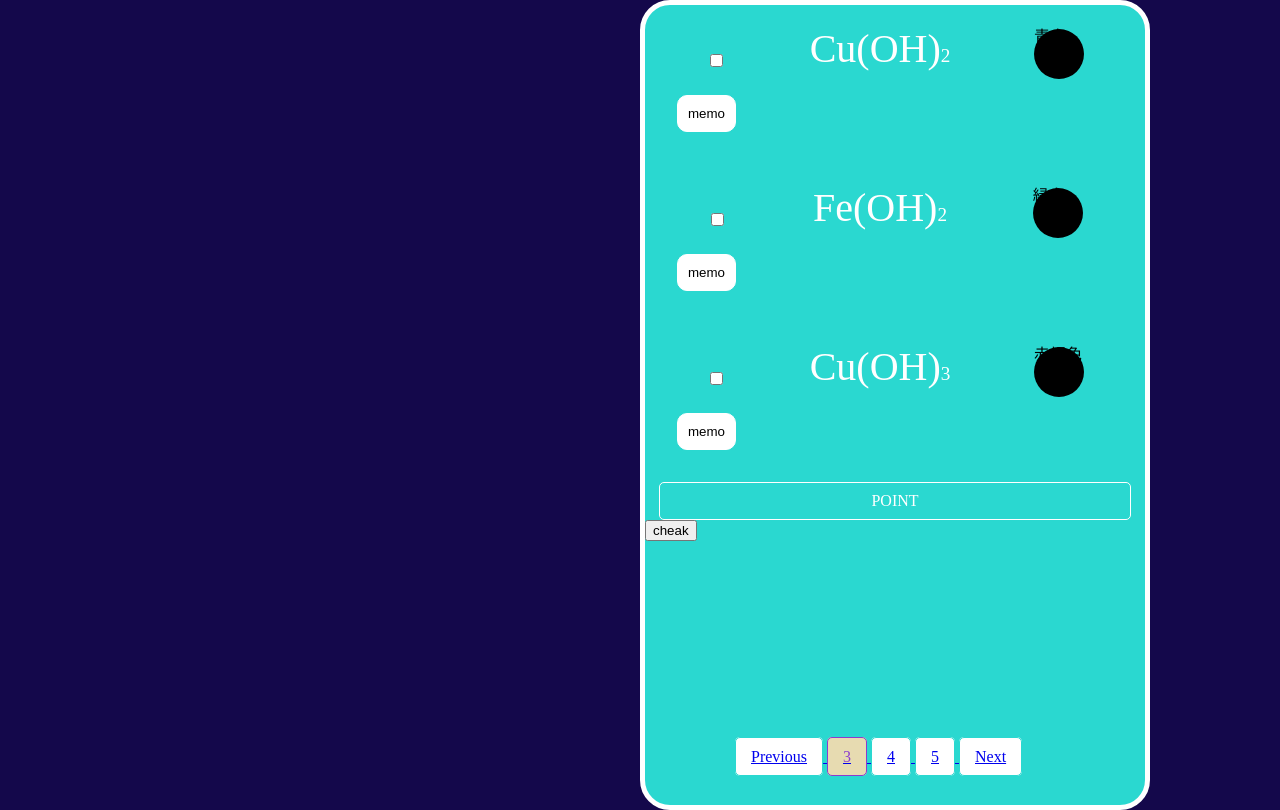
Repository: 1000sky/Inorganic_chemistry_application
Page: http://localhost/index3
An editor plug-in stored every save of this project. The page is shown before and after the next save, followed by the edit.
The browser window is 1280 px wide. The pictures show the whole page.
The page is served by the project's Laravel application, run on PHP 8.4 with Laravel 8. Other server files are loaded and not shown.

Above is the page before, as saved 2022-07-16 19:41:05.

### application/routes/web.php
<?php

use Illuminate\Support\Facades\Route;

/*
|--------------------------------------------------------------------------
| Web Routes
|--------------------------------------------------------------------------
|
| Here is where you can register web routes for your application. These
| routes are loaded by the RouteServiceProvider within a group which
| contains the "web" middleware group. Now create something great!
|
*/

Route::get('/home', function () {
    return view('welcome');
});

Route::get('/dashboard', function () {
    return view('dashboard');
})->middleware(['auth'])->name('dashboard');

require __DIR__.'/auth.php';



Route::get('/', function () {
    return view('index');
});

Route::get('/start', function () {
    return view('start');
})->middleware('auth');

Route::get('/explanation', function () {
    return view('explanation');
});

Route::get('/index2', function () {
    return view('index2');
});

Route::get('/index3', function () {
    return view('index3');
});

Route::get('/index4', function () {
    return view('index4');
});

Route::get('/index5', function () {
    return view('index5');
});

Route::get('/index6', function () {
    return view('index6');
});

Route::get('/index7', function () {
    return view('index7');
});

### application/resources/views/index3.blade.php
<!DOCTYPE html>
<html lang="ja">
<head>
    <meta charset="UTF-8">
    <meta name="viewport" content="width=device-width, initial-scale=1.0">
    <meta http-equiv="X-UA-Compatible" content="ie=edge">
    <title>Inorganic_chemistry_application</title>
    <link rel="stylesheet" href="css/reset.css" >
    <link rel="stylesheet" href="css/index.css" />
</head>
<body>
    <div class=card>

        <div class=memorize>
          <input type="checkbox" class=checkbox name="">
          <div class=Chemical-formula>Cu(OH)<span>2</span> </div>
          <div class=circle>青白</div>
        </div>
        <form>
          <input type="button" class=button name="" value="memo" onClick="setTF(this.form.text1,'visible')">
          <input type="text" name="text1" style="visibility:hidden"><br>
        </form>
        <br>
        <br>


        <div class=memorize>
          <input type="checkbox" class=checkbox name="">
          <div class=Chemical-formula>Fe(OH)<span>2</span> </div>
          <div class=circle>緑白</div>
        </div>
        <form>
          <input type="button" class=button name="" value="memo" onClick="setTF(this.form.text1,'visible')">
          <input type="text" name="text1" style="visibility:hidden"><br>
        </form>
        <br>
        <br>


        <div class=memorize>
            <input type="checkbox" class=checkbox name="">
            <div class=Chemical-formula>Cu(OH)<span>3</span> </div>
            <div class=circle>赤褐色</div>
        </div>
          <form>
            <input type="button" class=button name="" value="memo" onClick="setTF(this.form.text1,'visible')">
            <input type="text" name="text1" style="visibility:hidden"><br>
          </form>
          <br>
          <br>


        <div id="point">
            <p id="point-text">POINT</p>
        </div>

         <button id="cheak">cheak</button>



       <ul class="page">
          <li><a href="/index2">Previous</li>
          <li class="this">3</li>
          <li><a href="/index4">4</li>
          <li><a href="/index5">5</li>
          <li><a href="/index4">Next</li>
       </ul>




    </div>


    <script language="JavaScript">
        function setTF(fObj,vType)
        {
          fObj.style.visibility = vType;
        };

        document.getElementById("point").onclick = function() {
          document.getElementById("point-text").innerHTML = "硫酸の塩は本来,水に溶けやすいです。<br>アルカリ土類金属イオンやPb<span class=ion>2+</span>があると沈殿します。";

        };


        window.addEventListener('load', function(){
          document.getElementById("cheak").addEventListener('click', function(){
          alert("アルカリ土類金属　Ca Sr Ba Ra   周期表の2属に属します");
         });
        });
         </script>

</body>

### application/public/css/index.css
body {
    background-color: rgb(20, 8, 75);
}

.card {
  position: relative;
  top: 50%;
  left: 50%;
  width: 500px;
  height: 800px;

  background-color: rgb(42, 216, 208);
  border: solid 5px white;
  border-radius: 30px;
}
.checkbox{
    margin-top: 1rem;

}
.memorize{
  padding: 1.5rem 1.2rem 0;
  display: flex;
  justify-content: space-around;
}

.Chemical-formula {
    color: white;
    font-size: 2.5rem;
}

.circle{
  width: 50px;
  height: 50px;
  background: black;
  border-radius: 50%;

}
.circle:hover{
    background-color: white;

}

.button{

    margin: 1rem 0 0 2rem;
    border-radius: 10px;
    border: solid 1px white;
    background-color: white;
    padding: 10px;
}

span {
  font-size: 1.2rem;
}

.point {
   color: white;

  font-size: 2.5rem;
}



.page{

  position: absolute;
  left:18%;
  bottom: 5%;

}

.page li{
  display: inline;
  padding:10px 15px;
  border:solid 1px ;
  border-radius: 5px ;
  color: rgb(42, 216, 208);
  background-color: white;
  text-decoration: none;


}



.page li a:hover {
  background-color: rgb(255, 231, 51);
  text-decoration: none;
}



.page .this {
  background-color:rgb(231, 219, 177);
  color:rgb(140, 59, 206);
  text-decoration: none;
}

#point {

  margin: 0 auto;
  cursor: pointer;
  width: 450px;
  padding: 10px;

  text-align: center;
  border: 1px solid white;
  border-radius: 5px ;
}

#point-text {
  color: white;
}

.ion {
  font-size: 0.5rem;
  vertical-align: top;

}

.hg {
  font-size: 0.5rem;
}

Loaded but not shown: application/routes/auth.php (common file); application/public/css/reset.css (common file)

After the next save:
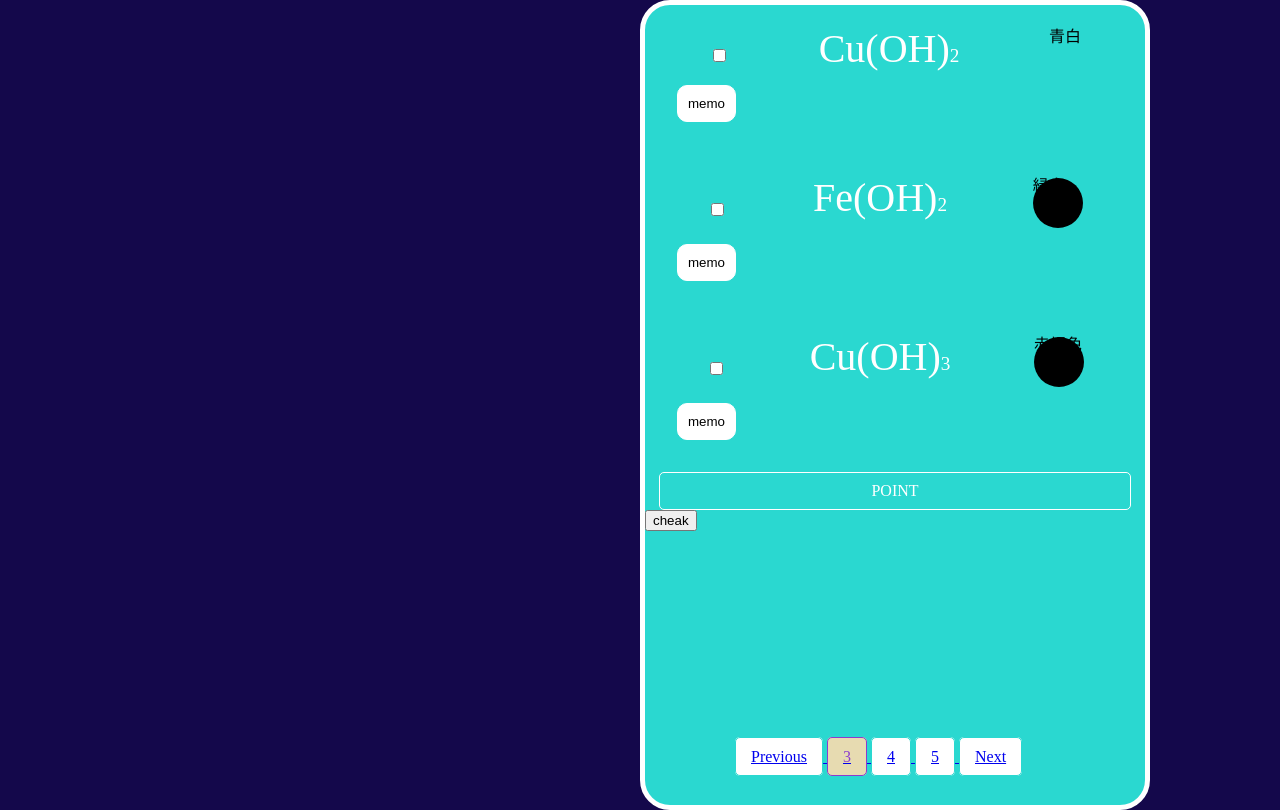
Saved 55 s later.
--- a/application/resources/views/index3.blade.php
+++ b/application/resources/views/index3.blade.php
@@ -14,7 +14,7 @@
         <div class=memorize>
           <input type="checkbox" class=checkbox name="">
           <div class=Chemical-formula>Cu(OH)<span>2</span> </div>
-          <div class=circle>青白</div>
+          <div class=circle-Cu(OH)>青白</div>
         </div>
         <form>
           <input type="button" class=button name="" value="memo" onClick="setTF(this.form.text1,'visible')">
